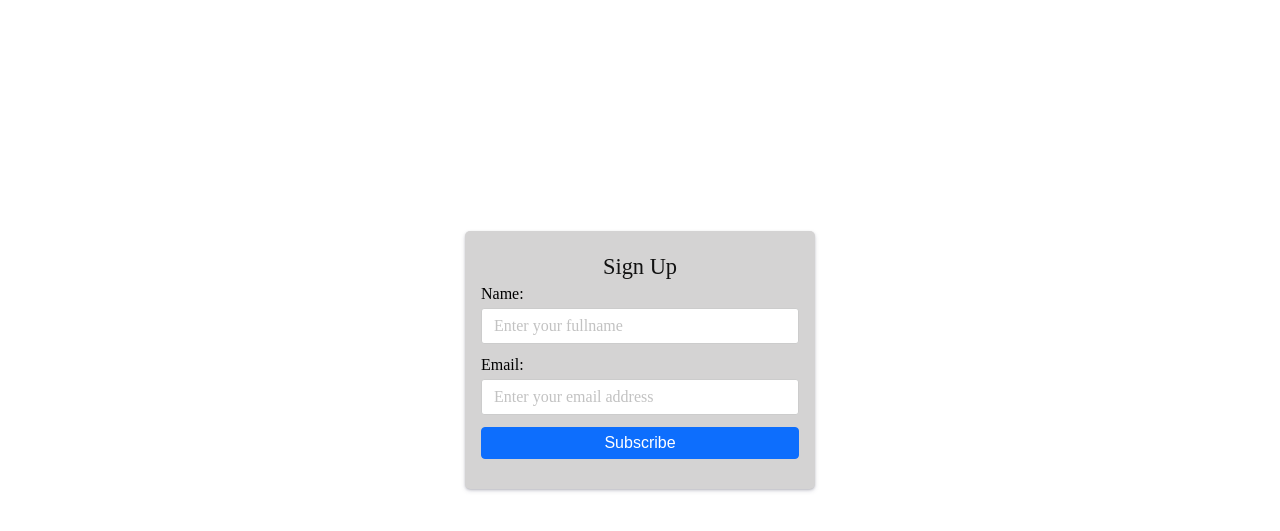
Repository: HoangDuy315/web-dev2022
Page: hw151022/ex2/ex2.2/index.html
An editor plug-in stored every save of this project. The page is shown before and after the next save, followed by the edit.
The browser window is 1280 px wide. The pictures show the whole page.

Above is the page before, as saved 2022-10-15 15:06:33.

After the next save:
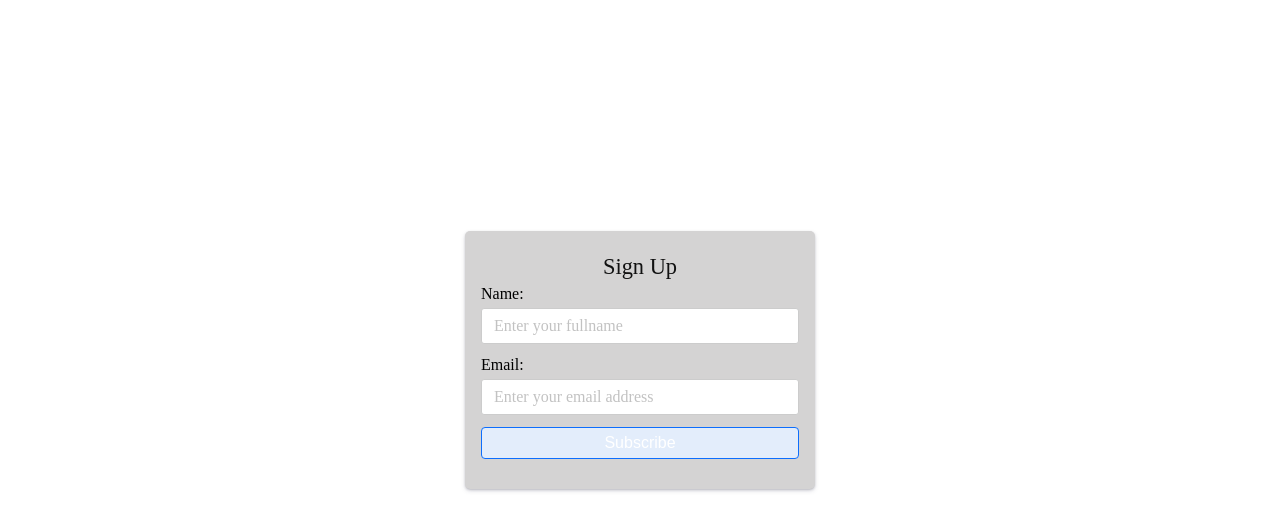
Saved 24 s later.
--- a/hw151022/ex2/ex2.2/index.css
+++ b/hw151022/ex2/ex2.2/index.css
@@ -109,7 +109,7 @@ textarea.success:focus {
 
 /* button */
 button {
-  background: #0d6efd;
+  background: #e3edfb;
   color: #fff;
   border-radius: 0.25rem;
   font-size: 1rem;
@@ -123,7 +123,7 @@ button {
 
 button:hover {
   background: #0b5ed7;
-  border-color: #0a58ca;
+  border-color: #e5c245;
   cursor: pointer;
 }
 
